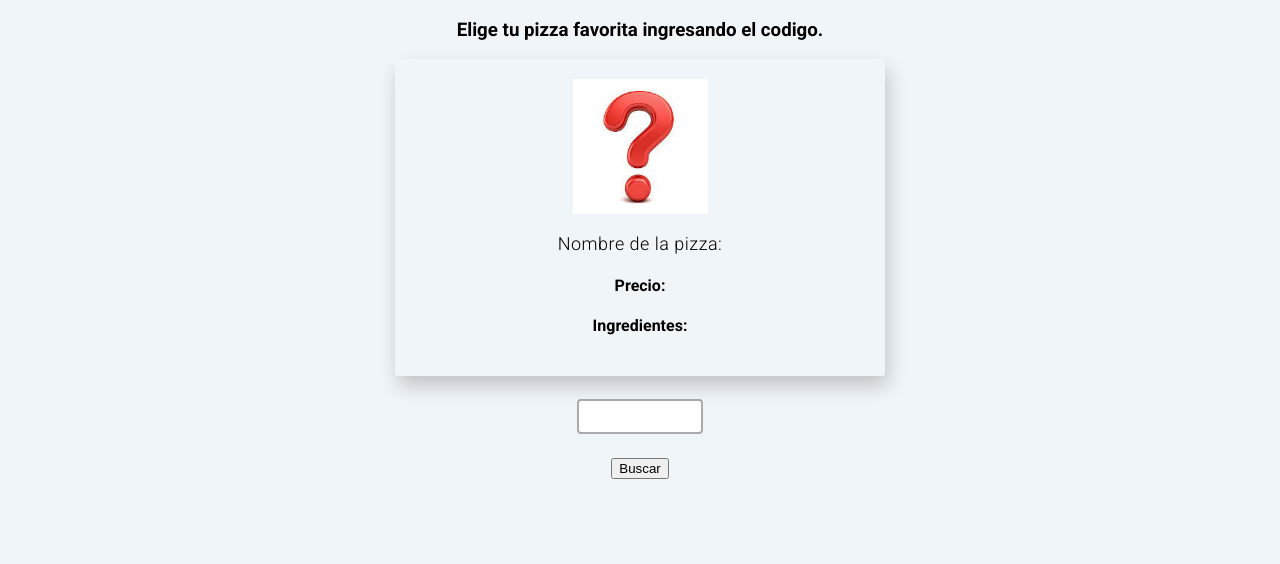
Repository: lucas-itup/E1-JAVASCRIPT
Page: index.html
An editor plug-in stored every save of this project. The page is shown before and after the next save, followed by the edit.
The browser window is 1280 px wide. The pictures show the whole page.
Some web libraries are served in a nearby version.

Above is the page before, as saved 2022-09-27 23:04:30.

### index.html
<!DOCTYPE html>
<html lang="en">

<head>
    <meta charset="UTF-8">
    <meta http-equiv="X-UA-Compatible" content="IE=edge">
    <meta name="viewport" content="width=device-width, initial-scale=1.0">
    <link rel="stylesheet" href="/stylesheet/styles.css">
    <title>E1-JAVASCRIPT</title>
    <link href="https://fonts.googleapis.com/css?family=Roboto:300,400,700&display=swap" rel="stylesheet">
    <script src="https://kit.fontawesome.com/c8ee3dd930.js"></script>
</head>

<body>
    <div id="listado-pizzas" style="text-align: center;">
        <div>
            <h3>Elige tu pizza favorita ingresando el codigo.</h3>
            <div class="card">
                <img id="img-pizza" src="" alt="Avatar" style="width:30%">
                <div class="container">
                    <h2>Nombre de la pizza: <span id="nombre-pizza"> </span></h2>
                    <h4>Precio: <span id="precio-pizza"></span></h4>
                    <h4>Ingredientes: <span id="ingredientes-pizza"></span></h4>
                </div>
            </div>
        </div>
        <div>
            <input type="number" value="" id="value-id">
            <p id="input-vacio"> </p>
            <button onclick="buscarPizza()" type="button">Buscar</button>
        </div>
    </div>

    <script src="/assets/index.js"></script>
</body>

</html>

### stylesheet/styles.css
body {
    font-family: 'Roboto', sans-serif;
    background: #f0f5f9;
}

input[type=number] {
    width: 10%;
    border: 2px solid #aaa;
    border-radius: 4px;
    margin: 8px 0;
    outline: none;
    padding: 8px;
    box-sizing: border-box;
    transition: .3s;
}

input[type=number]:focus {
    border-color: dodgerBlue;
    box-shadow: 0 0 8px 0 dodgerBlue;
}

.card {
    position: relative;
    margin: 15px auto;
    width: 450px;
    padding: 20px;
    box-shadow: 3px 10px 20px rgba(0, 0, 0, 0.2);
    border-radius: 3px;
    border: 0;
    .circle {
        border-radius: 3px;
        width: 150px;
        height: 150px;
        background: black;
        position: absolute;
        right: 0px;
        top: 0;
        background-image: linear-gradient(to top, #fbc2eb 0%, #a6c1ee 100%);
        border-bottom-left-radius: 170px;
    }
    .content {
        margin-top: 25px;
        display: flex;
        flex-direction: column;
    }
    h1 {
        font-size: 34px;
        font-weight: bold;
        margin-bottom: 0;
    }
    h2 {
        font-size: 18px;
        letter-spacing: 0.5px;
        font-weight: 300;
    }
    .social {
        margin-bottom: 5px;
        a {
            text-decoration: none !important;
            color: black;
            margin-left: 8px;
            font-weight: 300;
            i {
                font-weight: 400;
            }
        }
    }
    .location {
        display: flex;
        align-items: center;
        justify-content: center;
        flex-direction: column;
        i {
            color: red;
        }
        p {
            font-weight: 300;
        }
    }
}

### assets/index.js
window.onload = (event) => {
    var precioPizza = document.getElementById('precio-pizza');
    var nombrePizza = document.getElementById('nombre-pizza');
    var ingredientesPizza = document.getElementById('ingredientes-pizza');
    var imgPizza = document.getElementById("img-pizza");
    console.log(localStorage.getItem);

    if (localStorage.length > 0) {
        precioPizza.textContent = localStorage.getItem("precioPizza");

        nombrePizza.textContent = localStorage.getItem("nombrePizza");

        ingredientesPizza.textContent = localStorage.getItem("ingredientesPizza");

        imgPizza.setAttribute('src', localStorage.getItem("imagenPizza"));
    } else {
        imgPizza.setAttribute('src', '/img/descarga (4).jpg');
    }
};
let pizza1 = {
    id: '1',
    nombre: 'Muzarella',
    ingredientes: [
        'tomate', 'muzarella', 'oregano'
    ],
    precio: '600',
    imagen: '/img/descarga (1).jpg',
}
let pizza2 = {
    id: '2',
    nombre: 'Napolitana',
    ingredientes: [
        'jamon', 'huevo', 'queso'
    ],
    precio: '300',
    imagen: '/img/descarga (2).jpg',
}
let pizza3 = {
    id: '3',
    nombre: 'Americana',
    ingredientes: [
        'huevoFrito', 'peperoni', 'roquefort'
    ],
    precio: '200',
    imagen: '/img/descarga (3).jpg',
}
let pizza4 = {
    id: '4',
    nombre: 'Rucula',
    ingredientes: [
        'verduras', 'palmito', 'especias'
    ],
    precio: '500',
    imagen: '/img/descarga.jpg',
}
let pizza5 = {
    id: '5',
    nombre: 'Especial',
    ingredientes: [
        'salsa', 'harina', 'crema'
    ],
    precio: '800',
    imagen: '/img/images (1).jpg',
}
let pizza6 = {
    id: '6',
    nombre: 'DE_LA_CASA',
    ingredientes: [
        'anchoas', 'pimientos', 'hongos'
    ],
    precio: '900',
    imagen: '/img/images.jpg',
}

let pizzas = [pizza1, pizza2, pizza3, pizza4, pizza5, pizza6]
let listado = document.getElementById('listado-pizzas');

const buscarPizza = () => {
    let valueid = document.getElementById('value-id').value;
    var precioPizza = document.getElementById('precio-pizza');
    var nombrePizza = document.getElementById('nombre-pizza');
    var ingredientesPizza = document.getElementById('ingredientes-pizza');
    var inputVacio = document.getElementById('input-vacio');
    var imgPizza = document.getElementById("img-pizza");
    inputVacio.textContent = "";
    precioPizza.textContent = "";
    nombrePizza.textContent = "";
    imgPizza.setAttribute('src', '/img/descarga (4).jpg');

    if (valueid == "") return inputVacio.textContent = "Debes ingresar un valor numerico."

    var found = pizzas.find(function(post, index) {
        inputVacio.textContent = ""
        if (post.id == valueid) {
            precioPizza.textContent = post.precio;
            localStorage.setItem("precioPizza", post.precio);
            nombrePizza.textContent = post.nombre;
            localStorage.setItem("nombrePizza", post.nombre);
            ingredientesPizza.textContent = post.ingredientes.join(", ");
            localStorage.setItem("ingredientesPizza", post.ingredientes.join(", "));
            imgPizza.setAttribute('src', post.imagen);
            localStorage.setItem("imagenPizza", post.imagen);
            return true;
        }
    });

    if (found == undefined) return inputVacio.textContent = "El codigo ingresado es incorrecto."


}

After the next save:
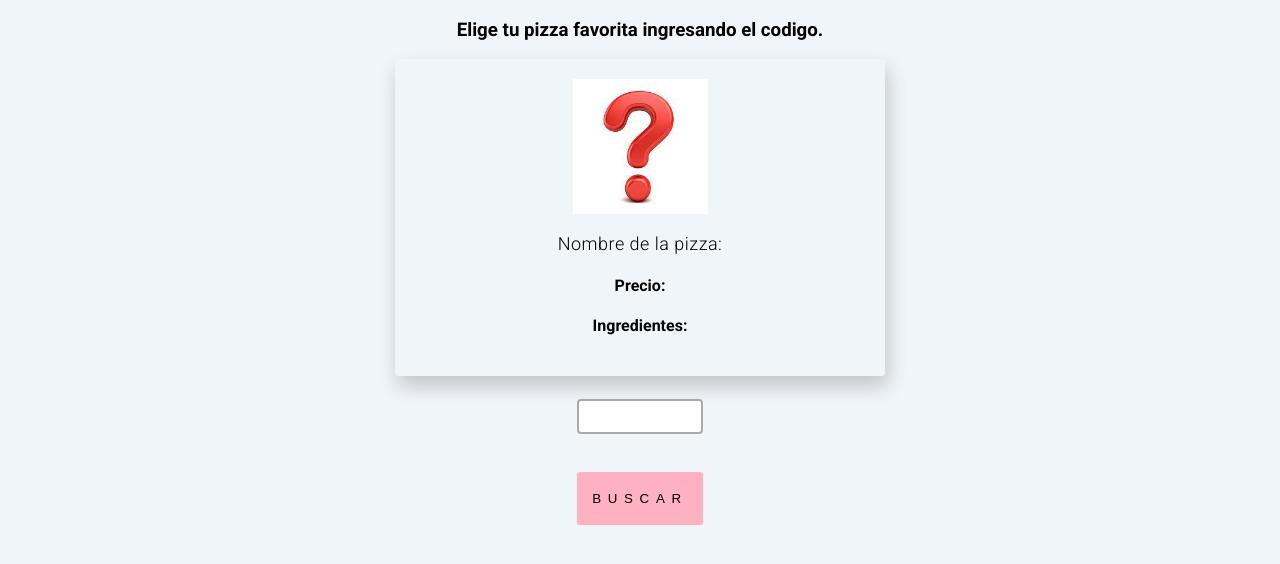
Saved 48 s later.
--- a/stylesheet/styles.css
+++ b/stylesheet/styles.css
@@ -12,6 +12,28 @@ input[type=number] {
     padding: 8px;
     box-sizing: border-box;
     transition: .3s;
+}
+
+#hello:hover {
+    letter-spacing: 0.8em;
+    background-color: #F08C99;
+}
+
+#hello {
+    color: white;
+}
+
+button {
+    height: 4em;
+    width: 10%;
+    padding: 1.5em auto;
+    margin: 1em auto;
+    background-color: #FEB1C0;
+    border: none;
+    border-radius: 3px;
+    text-transform: uppercase;
+    letter-spacing: 0.5em;
+    transition: all 0.2s cubic-bezier(.4, 0, .2, 1);
 }
 
 input[type=number]:focus {
